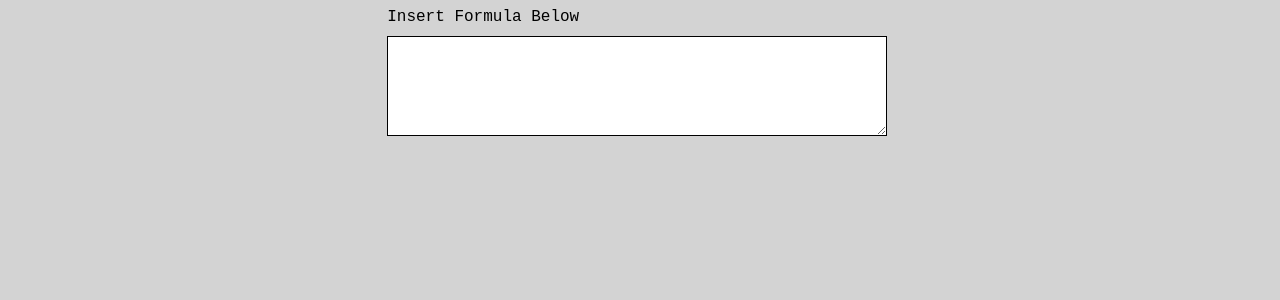
Repository: martandatrey/sf_formula_checker
Page: SF_formula_parser.html
The author's editor kept a copy of each file at every save. The page is drawn from the files as they stood at one save, then again after the next save.
The browser window is 1280 px wide. The pictures show the whole page.

Above is the page before, as saved 2020-05-23 21:25:54.

After the next save:
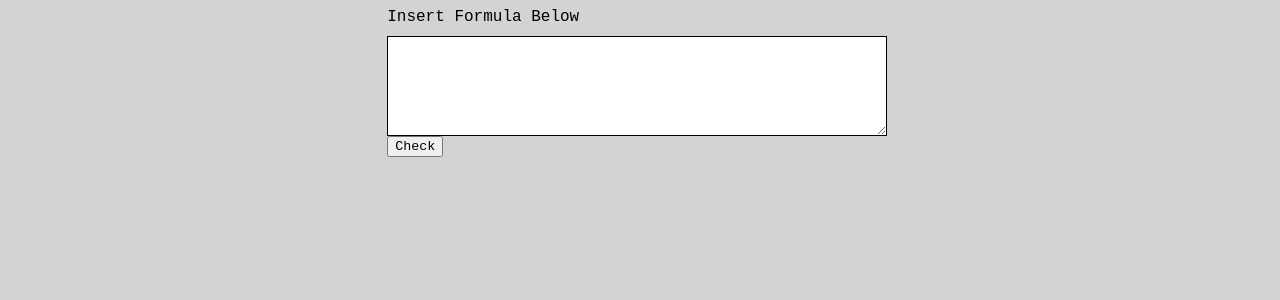
Saved 98 s later.
--- a/SF_formula_parser.html
+++ b/SF_formula_parser.html
@@ -13,6 +13,7 @@
                 <br>
                 <textarea class="fField" id="formulaField" name="formulaField"></textarea>
                 <br>
+                <input type="button" value="Check" onclick="parseFormula(); return false;" />
             </form>
        </div>
     </body>
